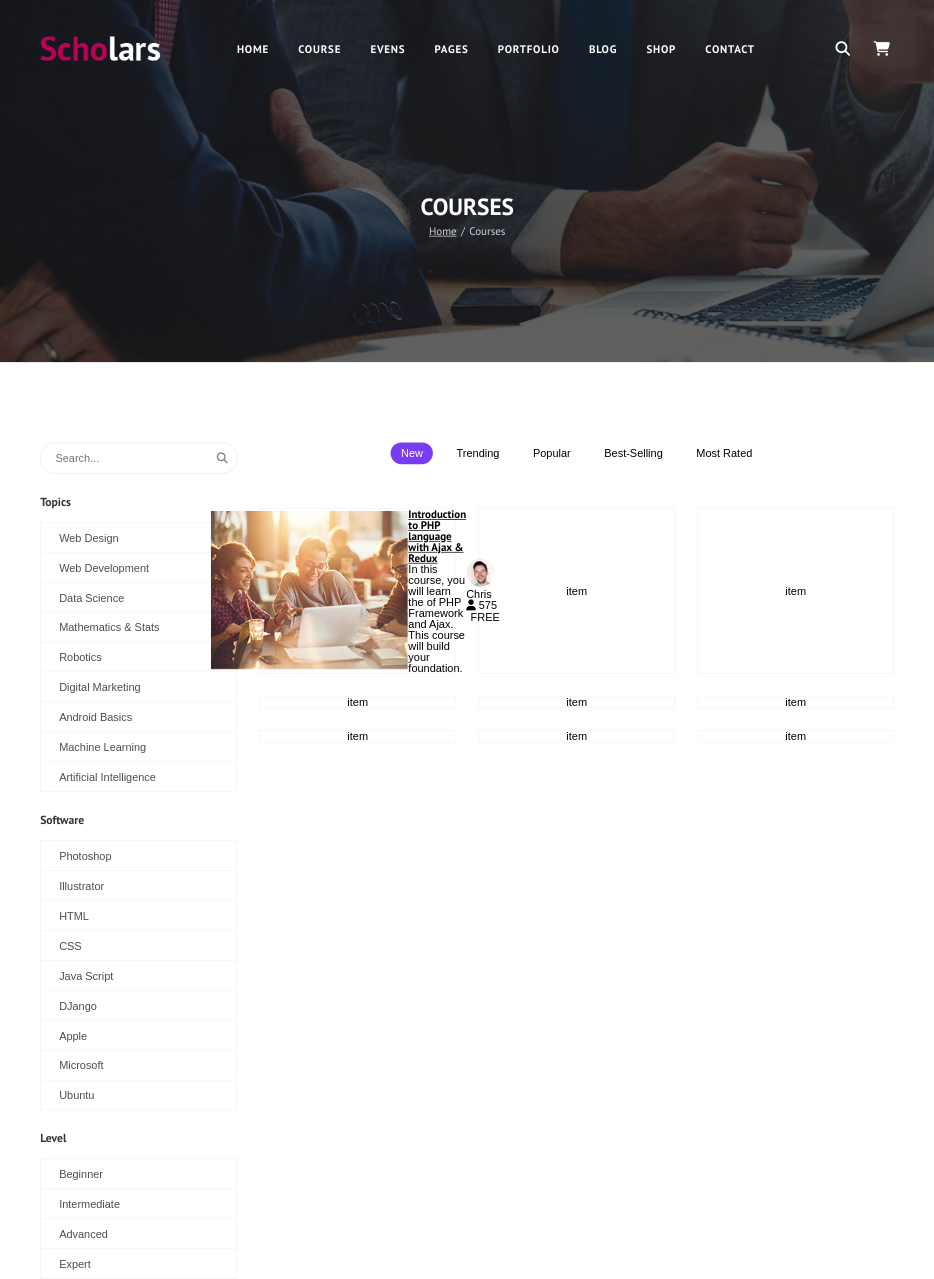
Repository: lannguyen1301/f8-zoom-day-7
Page: index.html
The author's editor kept a copy of each file at every save. The page is drawn from the files as they stood at one save, then again after the next save.
The browser window is 1280 px wide. The pictures show the whole page, at 73% of full size.
Some web fonts or font styles are not loaded; a fallback is used.

Above is the page before, as saved 2025-04-25 06:26:48.

After the next save:
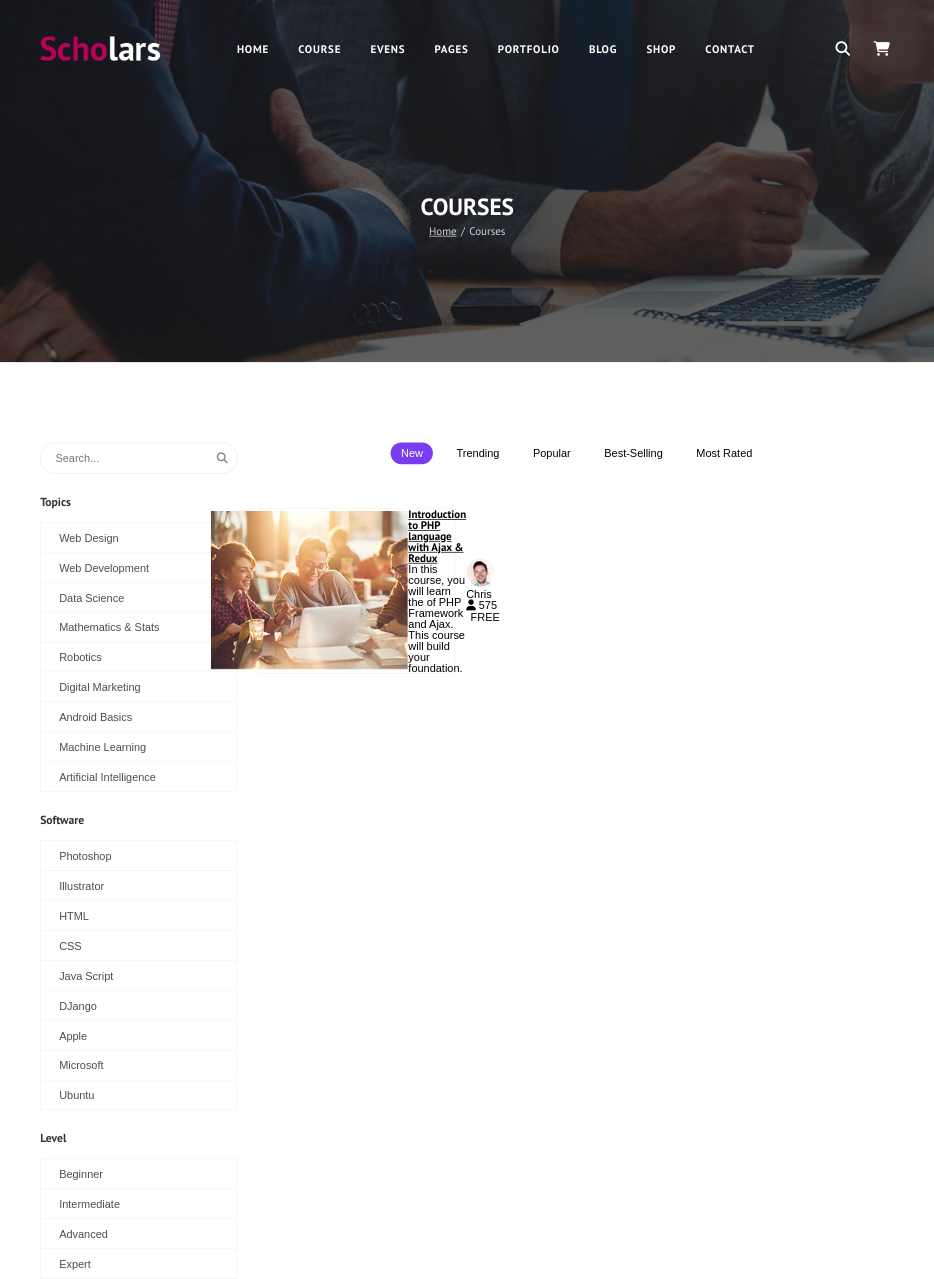
Saved 97 s later.
--- a/index.html
+++ b/index.html
@@ -247,14 +247,6 @@
                                     <button class="course-btn">FREE</button>
                                 </div>
                             </div>
-                            <div class="courses-item">item</div>
-                            <div class="courses-item">item</div>
-                            <div class="courses-item">item</div>
-                            <div class="courses-item">item</div>
-                            <div class="courses-item">item</div>
-                            <div class="courses-item">item</div>
-                            <div class="courses-item">item</div>
-                            <div class="courses-item">item</div>
                         </div>
                         <!-- End Courses lisst -->
                     </div>
